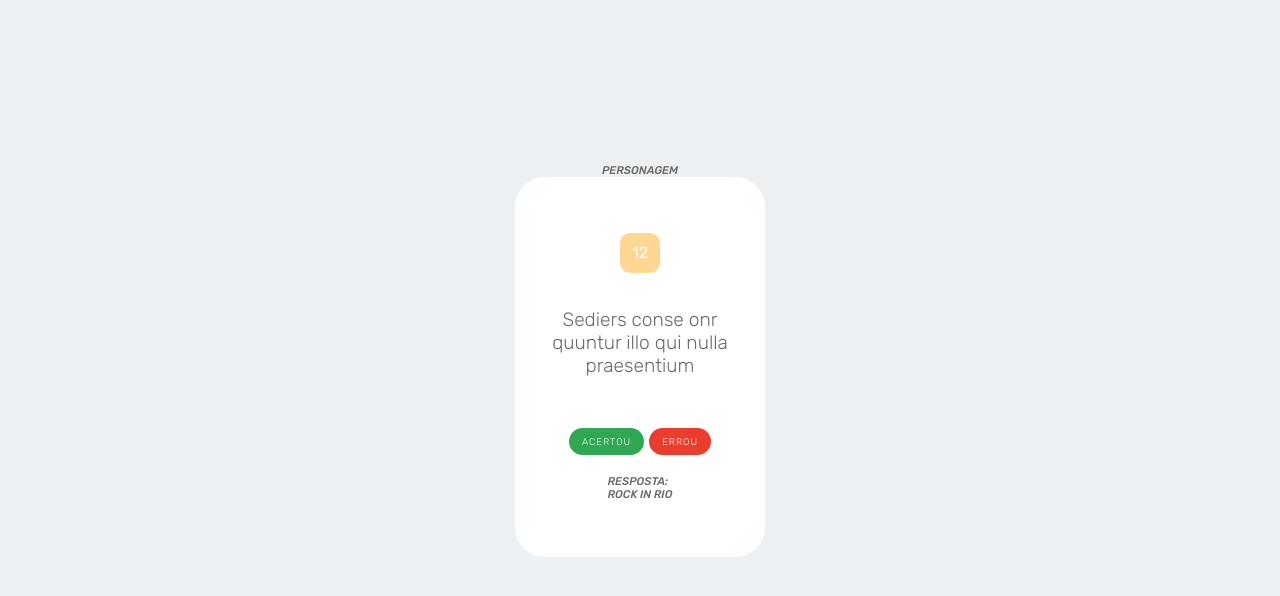
Repository: lucasthaynan/acertai
Page: index.html
These files come from the project's save history. The page is drawn as it stood at one moment and after a run of saves; the edit follows.
The browser window is 1280 px wide. The pictures show the whole page.

Above is the page before, as saved 2024-04-14 20:47:47.

### index.html
<!DOCTYPE html>
<html lang="en">
<head>
    <meta charset="UTF-8">
    <meta http-equiv="X-UA-Compatible" content="IE=edge">
    <meta name="viewport" content="width=device-width, initial-scale=1.0">
    <link rel="stylesheet" href="style.css">
    <title>AcertAí - Jogo</title>
</head>
<body>

    <section class="home">

        <div class="head-game">
            <img src="./imagens/logo.png" alt="">
            <div class="curve"></div>
        </div>

        <div class="option-times">
            <div class="two-times">2 times</div>
            <div class="three-times">3 times</div>
        </div>

    </section>

    <section class="info-times">

        <div class="container">
            <div class="name">
                <label>Nome do time</label>
                <input type="text" name="name_time" placeholder="Time A">
            </div>

            <div class="avatar">
                <p>Selecionar avatar</p>
                <div class="options-avatar">

                    <div class="image select" id="a">
                        <img src="./imagens/avatar/avatar_a.jpg" alt="">
                    </div>
                    <div class="image" id="b">
                        <img src="./imagens/avatar/avatar_a.jpg" alt="">
                    </div>
                    <div class="image" id="c">
                        <img src="./imagens/avatar/avatar_a.jpg" alt="">
                    </div>
                    <div class="image" id="d">
                        <img src="./imagens/avatar/avatar_a.jpg" alt="">
                    </div>
                    <div class="image" id="e">
                        <img src="./imagens/avatar/avatar_a.jpg" alt="">
                    </div>
                    <div class="image" id="f">
                        <img src="./imagens/avatar/avatar_a.jpg" alt="">
                    </div>
                </div>

            </div>

            <div class="container-btn">
                <input type="submit" value="Concluir">
            </div>

        </div>
    </section>


    <section class="random-category">
        <div class="category lugar view">
            <p>Lugar</p>
        </div>
        <div class="category personagem">
            <p>Personagem</p>
        </div>
        <div class="category tecnologia">
            <p>Tecnologia</p>
        </div>
        <div class="category objeto">
            <p>Objeto</p>
        </div>
        <div class="category ano">
            <p>Ano</p>
        </div>
    </section>

    <section class="select-tips personagem">

        <div class="name-category">
            <p>Personagem</p>
        </div>

        <div class="container options-game">

            <p>Escolher dica</p>

            <div class="options">
                <div class="btn" id="1">01</div>
                <div class="btn select" id="2">02</div>
                <div class="btn" id="3">03</div>
                <div class="btn" id="4">04</div>
                <div class="btn" id="5">05</div>
                <div class="btn" id="6">06</div>
                <div class="btn" id="7">07</div>
                <div class="btn" id="8">08</div>
                <div class="btn" id="9">09</div>
                <div class="btn" id="10">10</div>
                <div class="btn" id="11">11</div>
                <div class="btn" id="12">12</div>
                <div class="btn" id="13">13</div>
                <div class="btn" id="14">14</div>
                <div class="btn" id="15">15</div>
                <div class="btn" id="16">16</div>
                <div class="btn" id="17">17</div>
                <div class="btn" id="18">18</div>
                <div class="btn" id="19">19</div>
                <div class="btn" id="20">20</div>
            </div>

        </div>

        <div class="container tip">

            <div>
                <div class="number-tip">12</div>
                <div class="phrase">
                    <p>Sediers conse onr quuntur illo qui nulla praesentium</p>
                </div>
                <div class="btns-result">
                    <div class="right">Acertou</div>
                    <div class="missed">Errou</div>
                </div>

                <div class="result-correct">
                    <p>Resposta:</p>
                    <p class="name-correct">Rock in Rio</p>
                </div>
            </div>

        </div>

        <div class="time-process">
            <div class=""></div>
        </div>

    </section>



    <script src="./main.js"></script>
</body>
</html>

### style.css


@import url('https://fonts.googleapis.com/css2?family=Rubik:ital,wght@0,300..900;1,300..900&display=swap');


:root {
  --lugar: #FFD793;
  --personagem: #4074F5;
  --tecnologia: #28A37A;
  --objeto: #FE8369;
  --ano: #AF55CC;

  --bg-secundaria: #4074F5;
  --bg-claro: #FFFFFF;
  --bg: #EDF1F4;

  --text-claro: #FFFFFF;
  --text-escuro: #6A6A6A;

  --border: #E8EAEE;
  --border-active: #4074F5;

  --btn-right: #2FA852;
  --btn-missed: #EB3C2E;
}

* {
  margin: 0;
  padding: 0;

  font-family: "Rubik", sans-serif;
  font-optical-sizing: auto;
  font-size: 1rem;
  font-weight: 400;
  font-style: normal;

}


section {
    display: none;
    width: 100vw;
    height: 100vh;
    flex-direction: column;
    align-items: center;
    justify-content: flex-start;

}

p {
    font-size: 0.7rem;
    color: var(--text-escuro);
    font-style: italic;
    font-weight: 500;
    text-transform: uppercase;
}

/* HOME */

section.home {
    /* display: flex; */
    display: none;
    background-color: var(--bg);
}

section.home > div.head-game {
    display: flex;
    flex-direction: column;
    align-items: center;
    justify-content: center;
    width: 100vw;
    height: 230px;
    background-color: var(--bg-secundaria);
}

section.home > div.head-game img {
    width: 170px;
}

section.home > div.option-times {
    margin-top: 50px;
}

section.home > div.option-times > div {

    background-color: var(--btn-right);
    color: var(--text-claro);
    text-align: center;
    padding: 10px 40px;
    border-radius: 50px;
    margin-top: 30px;

    letter-spacing: 2.5px;
    text-transform: uppercase;
    font-weight: 300;
    font-size: 0.9rem;

    /* filter: drop-shadow(2px 2px 3px #d4d4d4); */

}


/* INFOS TIMES */

section.info-times {
    /* display: flex; */
    display: none;
    justify-content: center;
    align-items: center;
    background-color: var(--bg);
}

section.info-times .container {
    width: 250px;
    height: 400px;
    border-radius: 30px;
    background-color: var(--bg-claro);
}

section.info-times .avatar {
    display: flex;
    flex-direction: row;
    flex-wrap: wrap;
    justify-content: center;
    align-items: center;
}

section.info-times .options-avatar {
    display: flex;
    flex-direction: row;
    flex-wrap: wrap;
    justify-content: center;
    align-items: center;
    gap: 5px;
}


section.info-times .avatar img {
    width: 60px;
    border: 2px solid var(--border);
    border-radius: 16px;
    cursor: pointer;
}

section.info-times .avatar .select > img {
    border: 2px solid var(--border-active);
}

section.info-times .name {
    display: flex;
    flex-direction: column;
    justify-content: center;
    align-items: center;
    margin: 30px 0;
}

section.info-times .name label,
section.info-times .avatar p {
    font-size: 0.7rem;
    color: var(--text-escuro);
    font-style: italic;
    font-weight: 500;
    text-transform: uppercase;
    margin: 7px 0px;
}

section.info-times .container-btn {
    display: flex;
    justify-content: center;
    margin-top: 20px;
}


section.info-times .container-btn input {

    background-color: var(--btn-right);
    color: var(--text-claro);
    text-align: center;
    padding: 8px 25px;
    border-radius: 50px;
    margin-top: 15px;

    letter-spacing: 2.5px;
    text-transform: uppercase;
    font-weight: 300;
    font-size: 0.7rem;

    border: 0px;

}



section.info-times {
    /* display: flex; */
    display: none;
    justify-content: center;
    align-items: center;
    background-color: var(--bg);
}


/* RANDOM CATEGORY */

section.random-category {
    /* display: flex; */
    display: none;
    justify-content: center;
    align-items: center;
    background-color: var(--bg);
}

section.random-category .category {
    display: none;
    width: 100vw;
    height: 100vh;

}

section.random-category .category p {
    background-color: rgba(0, 0, 0, 0.208);
    color: var(--text-claro);
    text-align: center;
    padding: 10px 40px;
    border-radius: 50px;
    margin-top: 15px;

    letter-spacing: 2.5px;
    text-transform: uppercase;
    font-weight: 300;
    font-size: 1.2rem;

    border: 0px;
}

section.random-category .category.view {
    display: flex;
    /* display: none; */
    justify-content: center;
    align-items: center;
    background-color: var(--lugar);
}


section.random-category .category.lugar {
    background-color: var(--lugar);
}

section.random-category .category.personagem {
    background-color: var(--personagem);
}

section.random-category .category.tecnologia {
    background-color: var(--tecnologia);
}

section.random-category .category.ano {
    background-color: var(--ano);
}

section.random-category .category.objeto {
    background-color: var(--objeto);
}



/* SELECT TIPS */

section.select-tips {
    display: flex;
    /* display: none; */
    justify-content: center;
    align-items: center;
    flex-direction: column;
    background-color: var(--bg);
}


section.select-tips .container {
    width: 250px;
    height: 380px;
    border-radius: 30px;
    background-color: var(--bg-claro);
}

section.select-tips .container.options-game {
    /* display: flex; */
    display: none;
    flex-direction: column;
    justify-content: center;
    align-items: center;
}

section.select-tips .container.options-game .options {
    display: flex;
    flex-direction: row;
    justify-content: center;
    align-items: center;
    flex-wrap: wrap;
    gap: 8px;
    padding: 20px 20px;
}

section.select-tips .container.options-game .options div.btn {
    width: 20px;
    height: 20px;
    background-color: var(--lugar);
    padding: 10px;
    border-radius: 10px;
    display: flex;
    justify-content: center;
    align-items: center;
    color: var(--text-claro);
    cursor: pointer;
}


section.select-tips .container.options-game .options div.btn.select {
    opacity: 0.4;
    cursor: none;
    pointer-events: none;
}

section.select-tips .container.tip,
section.select-tips .container.tip > div {
    display: flex;
    /* display: none; */
    flex-direction: column;
    justify-content: center;
    align-items: center;

}

section.select-tips .container.tip > div {
    padding: 30px;
    gap: 20px;
}
section.select-tips .container.tip .number-tip {
    width: 20px;
    height: 20px;
    background-color: var(--lugar);
    padding: 10px;
    border-radius: 10px;
    display: flex;
    justify-content: center;
    align-items: center;
    color: var(--text-claro);
    cursor: pointer;
}

section.select-tips .container.tip .phrase {
    height: 100px;
    display: flex;
    justify-content: center;
    align-items: center;
}

section.select-tips .container.tip .phrase p {
    text-align: center;
    font-size: 1.2rem;
    font-style: normal;
    font-weight: 300;
    text-transform: none;
}

section.select-tips .container.tip .btns-result {
    display: flex;
    flex-direction: row;
    justify-content: center;
    gap: 5px;
}


section.select-tips .container.tip .right,
section.select-tips .container.tip .missed {

    color: var(--text-claro);
    text-align: center;
    padding: 8px 13px;
    border-radius: 50px;
    margin-top: 15px;

    letter-spacing: 1px;
    text-transform: uppercase;
    font-weight: 300;
    font-size: 0.6rem;

    border: 0px;
}

section.select-tips .container.tip .right {
    background-color: var(--btn-right);
}

section.select-tips .container.tip .missed {
    background-color: var(--btn-missed);

}

### main.js
let dataCartas;

// Função para carregar o JSON via Fetch
function carregarCartas() {
    fetch('./data/cartas.json')
        .then(response => {
            if (!response.ok) {
                throw new Error('Erro ao carregar o arquivo JSON');
            }
            return response.json();
        })
        .then(data => {
            dataCartas = data.cartas;
            // Aqui você pode fazer o que quiser com os dados carregados
            console.log(data);
            // Por exemplo, você pode chamar uma função para manipular as cartas
            manipularCartas(data.cartas);
        })
        .catch(error => {
            console.error('Ocorreu um erro:', error);
        });
}

// Função para embaralhar a ordem das afirmações
function embaralharAfirmações(afirmações) {
    // Copiando o array de afirmações
    const afirmaçõesEmbaralhadas = afirmações.slice();
    // Embaralhando o array
    for (let i = afirmaçõesEmbaralhadas.length - 1; i > 0; i--) {
        const j = Math.floor(Math.random() * (i + 1));
        [afirmaçõesEmbaralhadas[i], afirmaçõesEmbaralhadas[j]] = [afirmaçõesEmbaralhadas[j], afirmaçõesEmbaralhadas[i]];
    }
    return afirmaçõesEmbaralhadas;
}

// Função para manipular as cartas
function manipularCartas(cartas) {
    // Aqui você pode fazer o que quiser com as cartas, como exibir na tela, etc.
    // Por enquanto, vamos apenas imprimir no console
    cartas.forEach(carta => {
        console.log('Categoria:', carta.categoria);
        console.log('Resposta:', carta.resposta);
        console.log('Dificuldade:', carta.dificuldade);
        console.log('Afirmações:');
        const afirmaçõesEmbaralhadas = embaralharAfirmações(carta.afirmações);
        afirmaçõesEmbaralhadas.forEach(afirmação => {
            console.log('-', afirmação);
        });
        console.log('------------------');
    });
}

// Chamando a função para carregar as cartas quando a página é carregada
carregarCartas();

### data/cartas.json
{
    "cartas": [
      {
        "categoria": "Tecnologia",
        "resposta": "QR Code",
        "id": "TEC-01",
        "dificuldade": "médio",
        "afirmações": [
          "Foi criado no Japão",
          "É uma forma de código de barras",
          "Usado para armazenar informações",
          "Pode ser escaneado por smartphones",
          "Utilizado em pagamentos móveis",
          "Desenvolvido originalmente para a indústria automotiva",
          "Possui padrão de matriz quadrada",
          "Pode ser usado em marketing",
          "Armazena mais dados que um código de barras tradicional",
          "Sua leitura é rápida",
          "Contém padrões de erro para integridade de dados",
          "Pode ser personalizado esteticamente",
          "Utilizado em ingressos de eventos",
          "Também serve para acessar sites",
          "Pode conter vCards em eventos de networking",
          "Utilizado em ações de realidade aumentada",
          "Popular em campanhas publicitárias",
          "Pode codificar informação em ambos os eixos",
          "Usado em cartões de visita digitais",
          "Crescente uso em sistemas de saúde"
        ]
      },
      {
        "categoria": "Personagem",
        "resposta": "Cleópatra",
        "id": "PER-01",
        "dificuldade": "médio",
        "afirmações": [
          "Foi a última rainha do Egito",
          "Conhecida por sua beleza e inteligência",
          "Teve um caso com Júlio César",
          "Aliou-se politicamente com Marco Antônio",
          "Descendente da dinastia de Ptolomeu",
          "Sua morte marcou o fim do Egito Ptolomaico",
          "Conhecida por sua habilidosa diplomacia",
          "Famosa por um banho de leite",
          "Representada frequentemente em obras de arte",
          "Uma figura popular na história romana",
          "Foi mãe de Caesário",
          "Sua morte foi por suicídio, dizem, com uma áspide",
          "Ela reinou por 21 anos",
          "Habilmente manteve o poder enquanto aliada de Roma",
          "Tentou restaurar o prestígio de seu reino",
          "Reputada por ser poliglota",
          "Sua história foi dramatizada por Shakespeare",
          "Conhecida também por suas conquistas científicas",
          "Foi um ícone feminino da antiguidade",
          "Sua vida inspirou numerosos filmes"
        ]
      },
      {
        "categoria": "Lugar",
        "resposta": "Ilha de Páscoa",
        "id": "LUG-01",
        "dificuldade": "médio",
        "afirmações": [
          "Localizada no Oceano Pacífico",
          "Conhecida pelos moais, grandes estátuas de pedra",
          "Território é uma província do Chile",
          "É um dos locais mais isolados habitados do mundo",
          "Primeiro contato europeu em 1722",
          "Também chamada de Rapa Nui",
          "Polinésios são considerados os primeiros habitantes",
          "Tem um clima subtropical",
          "É uma atração turística popular",
          "A ilha tem uma área de cerca de 163 km²",
          "Os moais foram criados para honrar antepassados importantes",
          "Inscrita como Patrimônio Mundial da UNESCO",
          "Sua ecologia sofreu devido ao desmatamento",
          "A ilha também possui um vulcão adormecido",
          "Existem teorias sobre a extinção da cultura local",
          "A população local restringe turistas para conservar a cultura",
          "Artefatos antigos são encontrados por toda a ilha",
          "Tem um aeroporto que conecta ao continente",
          "Estudos indicam que a ilha foi povoada no século IV",
          "A ilha tem uma limitada biodiversidade devida à isolamento"
        ]
      },
      {
        "categoria": "Ano",
        "resposta": "1969",
        "id": "ANO-01",
        "dificuldade": "médio",
        "afirmações": [
          "Neil Armstrong pisou na Lua",
          "Woodstock atraiu cerca de 400 mil pessoas",
          "O Concorde fez seu primeiro voo de teste",
          "Richard Nixon tornou-se presidente dos EUA",
          "Primeiro episódio de 'Monty Python' foi ao ar",
          "Internet teve sua precursora, a ARPANET, iniciada",
          "Os Beatles fizeram sua última apresentação pública",
          "O primeiro transplant de olho foi realizado",
          "Liberdade para o amor, do Led Zeppelin, foi lançado",
          "A tropa de elite dos EUA sofreu em embate em Hamburger Hill",
          "O filme 'Butch Cassidy' foi um sucesso de bilheteira",
          "O Boeing 747 fez seu voo inaugural comercial",
          "A Ponte do Rio Kwai desabou",
          "Metralhadoras dispararam pela primeira vez em uma guerra",
          "O projeto Apollo foi televisionado ao vivo",
          "A Sesame Street estreou na televisão dos EUA",
          "Foi introduzida a classificação indicativa em filmes",
          "Os Mets ganharam a World Series pela primeira vez",
          "Primeiro transplante de coração artificial temporário",
          "O Vaticano iniciou reformas litúrgicas"
        ]
      },
      {
        "categoria": "Objeto",
        "resposta": "Fita Cassete",
        "id": "OBJ-01",
        "dificuldade": "fácil",
        "afirmações": [
          "Usada para gravação e reprodução de som",
          "Formato popular nas décadas de 70 e 80",
          "Vendida inicialmente em 1963",
          "Desenvolvida pela Philips",
          "Compacta e portátil comparada a alternativas",
          "Revolutionou a maneira como as pessoas ouviam música",
          "Gradualmente substituída por CDs",
          "Usava fita magnética para armazenar dados",
          "Possuía dois lados, A e B",
          "Pode ser rebobinada e avançada",
          "Foi parte do primeiro Sony Walkman",
          "Permitia criar mixtapes personalizadas",
          "Comumente usada em gravadores e tocadores de fita",
          "Sua qualidade de som é considerada baixa hoje",
          "Foi crucial para a disseminação do punk e novas ondas",
          "Suas vendas declinaram nos anos 90",
          "Experienciando um revival nostálgico",
          "Artistas modernos às vezes lançam neste formato",
          "Prone a enroscar e emaranhar",
          "Uma alternativa mais conveniente aos LPs de vinil"
        ]
      }
    ]
  }

After the next 4 saves:
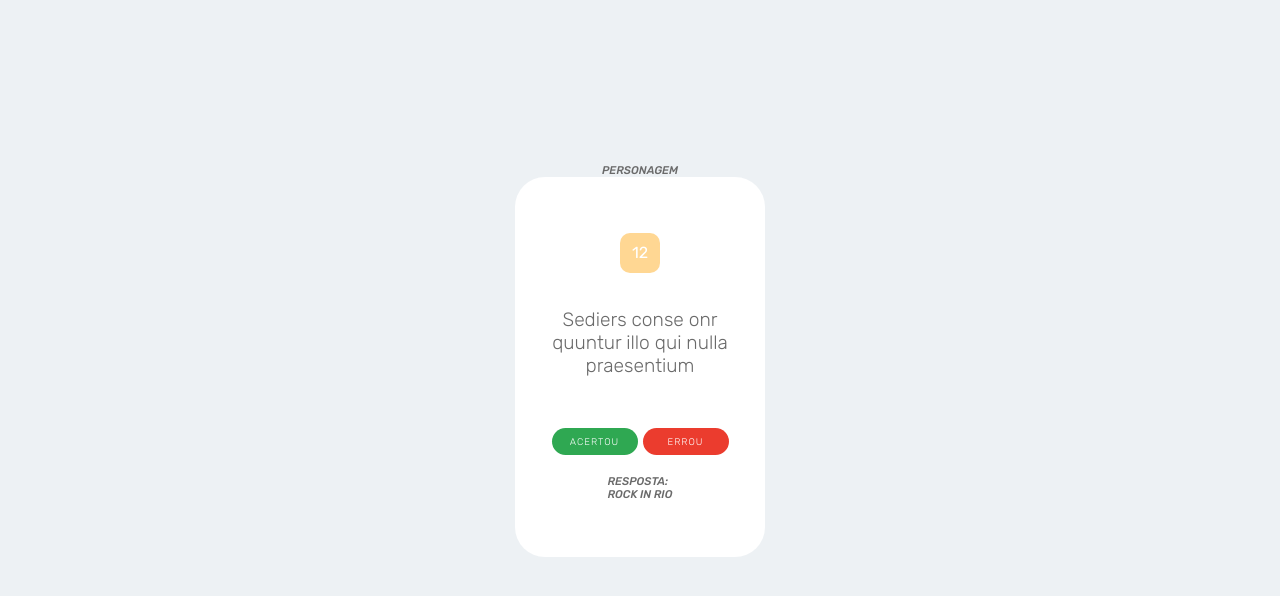
The 4 saves are shown as one change because they came seconds apart.
The last was saved 24 s later.
--- a/style.css
+++ b/style.css
@@ -376,9 +376,10 @@ section.select-tips .container.tip .missed {
 
     color: var(--text-claro);
     text-align: center;
-    padding: 8px 13px;
+    padding: 8px 18px;
     border-radius: 50px;
     margin-top: 15px;
+    width: 50px;
 
     letter-spacing: 1px;
     text-transform: uppercase;
